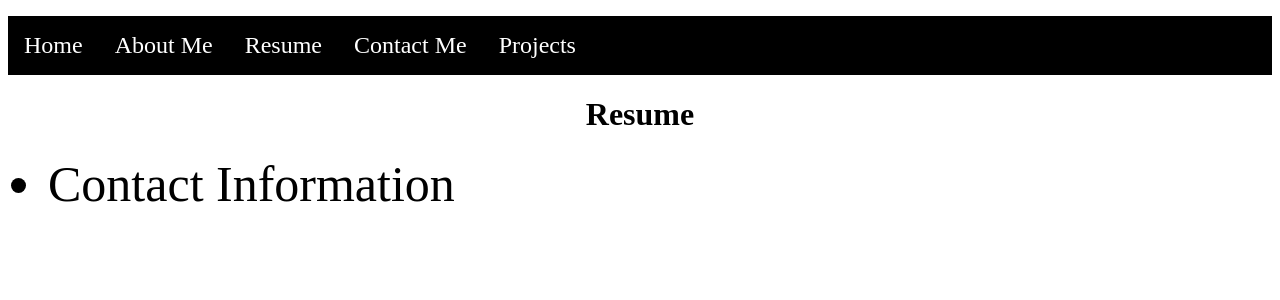
Repository: VidalLopez/VidalLopez.github.io
Page: resume.html
The author's editor kept a record of every edit. The page is drawn from the files as they stood at one moment, then again after the next edit.
The browser window is 1280 px wide. The pictures show the whole page.

Above is the page before.

### resume.html
<!DOCTYPE html>
<html>
  <head>
  <title>Home</title>
  <style>

    .navbar{
      list-style: none;
      background-color: black;
      overflow: hidden;
      padding: 0;
    }

    .navbar a, .dropdown div{
      text-decoration: none;
      color: white;
      font-size: 24px;
      padding: 16px;
      display: inline-block;
    }
    .navbar li{
      float: left;
    }

    .navbar li:hover{
      background-color: pink;
    }

    .dropdown-content{
      list-style: none;
      padding: 0;
      display: none;
    }

    .dropdown-content li{
      float:none;
    }

    .dropdown:hover .dropdown-content{
      display: block;
    }
    .center {
      text-align:center;
    }
    .contact li {
      font-size:50px;
    }

  </style>

  </head>
  <body>
    <ul class="navbar">
      <li><a href="index.html">Home</a></li>
      <li><a href="about.html">About Me</a></li>
      <li><a href="resume.html">Resume</a></li>
      <li><a href="contactme.html">Contact Me</a></li>
      <li class = "dropdown">
        <div>Projects</div>
        <ul class="dropdown-content">
          <li><a href="#">Project 1</a></li>
          <li><a href="#">Project 2</a></li>
          <li><a href="#">Project 3</a></li>
        </ul>
      </li>

    </ul>
<h1 class="center">Resume</h1>
<ul class="contact">
  <li>Contact Information</li>
</ul>


  </body>
</html>

After the next edit:
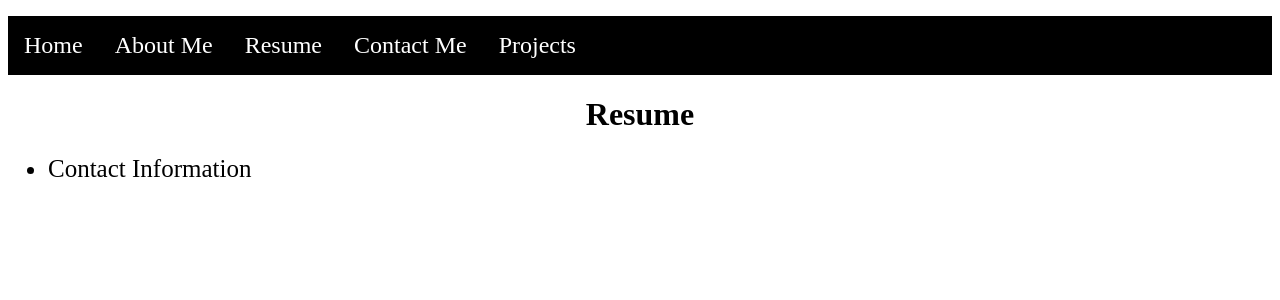
The edit:
--- a/resume.html
+++ b/resume.html
@@ -43,7 +43,7 @@
       text-align:center;
     }
     .contact li {
-      font-size:50px;
+      font-size:25px;
     }
 
   </style>
